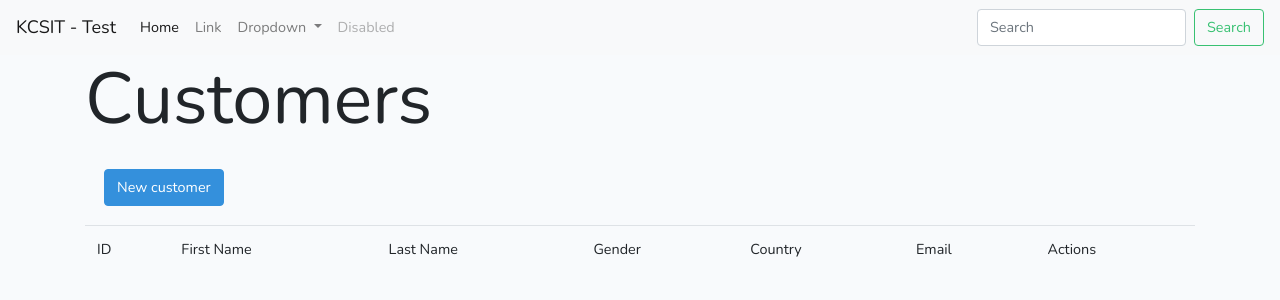
Repository: GilmarBrito/kcsit
Page: http://localhost/customers
An editor plug-in stored every save of this project. The page is shown before and after the next save, followed by the edit.
The browser window is 1280 px wide. The pictures show the whole page.
The page is served by the project's Laravel application, run on PHP 8.4 with Laravel 8. Other server files are loaded and not shown. Style sheets and scripts are compiled from the project's sources, by tool versions that may differ from the author's. Queries for data that is not in the repository find no rows.

Above is the page before, as saved 2020-03-08 15:12:43.

### routes/web.php
<?php

use Illuminate\Support\Facades\Route;

/*
|--------------------------------------------------------------------------
| Web Routes
|--------------------------------------------------------------------------
|
| Here is where you can register web routes for your application. These
| routes are loaded by the RouteServiceProvider within a group which
| contains the "web" middleware group. Now create something great!
|
*/

Route::get('/', function () {
    return view('welcome');
});

Route::resource('customers', 'CustomerController');

### app/Http/Controllers/CustomerController.php
<?php

namespace App\Http\Controllers;

use Illuminate\Http\Request;
use App\Customer;

class CustomerController extends Controller
{
    /**
     * Display a listing of the resource.
     *
     * @return \Illuminate\Http\Response
     */
    public function index()
    {
        $customers = Customer::all();

        return view('customers.index', compact('customers'));
    }

    /**
     * Show the form for creating a new resource.
     *
     * @return \Illuminate\Http\Response
     */
    public function create()
    {
        return view('customers.create');
    }

    /**
     * Store a newly created resource in storage.
     *
     * @param  \Illuminate\Http\Request  $request
     * @return \Illuminate\Http\Response
     */
    public function store(Request $request)
    {
        $request->validate([
            'first_name' => 'required',
            'last_name' => 'required',
            'gender' => 'required',
            'country' => 'required',
            'email' => 'required'
        ]);

        $customer = new Customer([
            'first_name' => $request->get('first_name'),
            'last_name' => $request->get('last_name'),
            'gender' => $request->get('gender'),
            'country' => $request->get('country'),
            'email' => $request->get('email')
        ]);

        $customer->save();
        return redirect('/customers')->with('success', 'Customer saved!');
    }

    /**
     * Display the specified resource.
     *
     * @param  int  $id
     * @return \Illuminate\Http\Response
     */
    public function show($id)
    {
        //
    }

    /**
     * Show the form for editing the specified resource.
     *
     * @param  int  $id
     * @return \Illuminate\Http\Response
     */
    public function edit($id)
    {
        $customer = Customer::find($id);
        return view('customers.edit', compact('customer'));
    }

    /**
     * Update the specified resource in storage.
     *
     * @param  \Illuminate\Http\Request  $request
     * @param  int  $id
     * @return \Illuminate\Http\Response
     */
    public function update(Request $request, $id)
    {
        $request->validate([
            'first_name' => 'required',
            'last_name' => 'required',
            'gender' => 'required',
            'country' => 'required',
            'email' => 'required'
        ]);

        $customer = Customer::find($id);
        $customer->first_name =  $request->get('first_name');
        $customer->last_name = $request->get('last_name');
        $customer->gender = $request->get('gender');
        $customer->country = $request->get('country');
        $customer->email = $request->get('email');
        $customer->save();

        return redirect('/customers')->with('success', 'Customer updated!');
    }

    /**
     * Remove the specified resource from storage.
     *
     * @param  int  $id
     * @return \Illuminate\Http\Response
     */
    public function destroy($id)
    {
        $customer = Customer::find($id);
        $customer->delete();

        return redirect('/customers')->with('success', 'Customer deleted!');
    }
}

### app/Customer.php
<?php

namespace App;

use Illuminate\Database\Eloquent\Model;

class Customer extends Model
{
    protected $fillable = [
        'first_name',
        'last_name',
        'gender',
        'country',
        'email'
    ];
}

### resources/views/customers/index.blade.php
@extends('base')

@section('main')
<div class="row">
    <div class="col-sm-12">

    @if(session()->get('success'))
    <div class="alert alert-success">
        {{ session()->get('success') }}
    </div>
    @endif
    </div>
    <div class="col-sm-12">
        <h1 class="display-3">Customers</h1>
        <div>
            <a style="margin: 19px;" href="{{ route('customers.create')}}" class="btn btn-primary">New customer</a>
        </div>
        <table class="table table-striped">
            <thead>
                <tr>
                    <td>ID</td>
                    <td>First Name</td>
                    <td>Last Name</td>
                    <td>Gender</td>
                    <td>Country</td>
                    <td>Email</td>
                    <td colspan = 2>Actions</td>
                </tr>
            </thead>
            <tbody>
                @foreach($customers as $customer)
                <tr>
                    <td>{{$customer->id}}</td>
                    <td>{{$customer->first_name}}</td>
                    <td>{{$customer->last_name}}</td>
                    <td>{{$customer->gender}}</td>
                    <td>{{$customer->country}}</td>
                    <td>{{$customer->email}}</td>
                    <td>
                        <a href="{{ route('customers.edit',$customer->id)}}" class="btn btn-primary">Edit</a>
                    </td>
                    <td>
                        <form action="{{ route('customers.destroy', $customer->id)}}" method="post">
                            @csrf
                            @method('DELETE')
                            <button class="btn btn-danger" type="submit">Delete</button>
                        </form>
                    </td>
                </tr>
                @endforeach
            </tbody>
        </table>
    </div>
</div>
@endsection

### resources/views/base.blade.php
<!DOCTYPE html>
<html lang="en">
<head>
    <meta name="viewport" content="width=device-width, initial-scale=1.0">
    <title>KCSIT - Clever Full Stack Developer Test Task</title>
    <!-- Styles -->
    <link href="{{ asset('css/app.css') }}" rel="stylesheet">
</head>
<body>
<nav class="navbar navbar-expand-lg navbar-light bg-light">
  <a class="navbar-brand" href="#">{{ config('app.name') }}</a>
  <button class="navbar-toggler" type="button" data-toggle="collapse" data-target="#navbarSupportedContent" aria-controls="navbarSupportedContent" aria-expanded="false" aria-label="Toggle navigation">
    <span class="navbar-toggler-icon"></span>
  </button>

  <div class="collapse navbar-collapse" id="navbarSupportedContent">
    <ul class="navbar-nav mr-auto">
      <li class="nav-item active">
        <a class="nav-link" href="#">Home <span class="sr-only">(current)</span></a>
      </li>
      <li class="nav-item">
        <a class="nav-link" href="#">Link</a>
      </li>
      <li class="nav-item dropdown">
        <a class="nav-link dropdown-toggle" href="#" id="navbarDropdown" role="button" data-toggle="dropdown" aria-haspopup="true" aria-expanded="false">
          Dropdown
        </a>
        <div class="dropdown-menu" aria-labelledby="navbarDropdown">
          <a class="dropdown-item" href="#">Action</a>
          <a class="dropdown-item" href="#">Another action</a>
          <div class="dropdown-divider"></div>
          <a class="dropdown-item" href="#">Something else here</a>
        </div>
      </li>
      <li class="nav-item">
        <a class="nav-link disabled" href="#">Disabled</a>
      </li>
    </ul>
    <form class="form-inline my-2 my-lg-0">
      <input class="form-control mr-sm-2" type="search" placeholder="Search" aria-label="Search">
      <button class="btn btn-outline-success my-2 my-sm-0" type="submit">Search</button>
    </form>
  </div>
</nav>
    <div class="container">
        @yield('main')
    </div>
    <!-- Scripts -->
    <script src="{{ asset('js/app.js') }}" defer></script>

</body>
</html>

Loaded but not shown: app/Http/Controllers/Controller.php (common file); resources/sass/app.scss (common file); resources/sass/_variables.scss (common file)

After the next save:
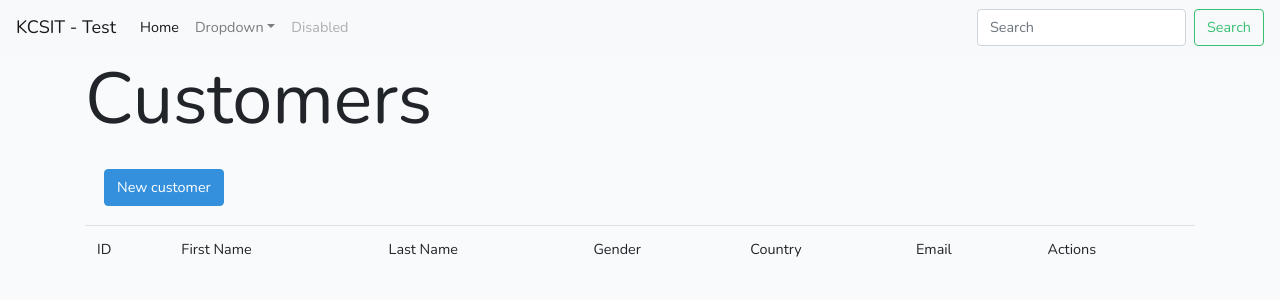
Saved 3 min 0 s later.
--- a/resources/views/base.blade.php
+++ b/resources/views/base.blade.php
@@ -7,41 +7,36 @@
     <link href="{{ asset('css/app.css') }}" rel="stylesheet">
 </head>
 <body>
-<nav class="navbar navbar-expand-lg navbar-light bg-light">
-  <a class="navbar-brand" href="#">{{ config('app.name') }}</a>
-  <button class="navbar-toggler" type="button" data-toggle="collapse" data-target="#navbarSupportedContent" aria-controls="navbarSupportedContent" aria-expanded="false" aria-label="Toggle navigation">
-    <span class="navbar-toggler-icon"></span>
-  </button>
+    <nav class="navbar navbar-expand-lg navbar-light bg-light">
+        <a class="navbar-brand" href="#">{{ config('app.name') }}</a>
+        <button class="navbar-toggler" type="button" data-toggle="collapse" data-target="#navbarSupportedContent" aria-controls="navbarSupportedContent" aria-expanded="false" aria-label="Toggle navigation">
+            <span class="navbar-toggler-icon"></span>
+        </button>
 
-  <div class="collapse navbar-collapse" id="navbarSupportedContent">
-    <ul class="navbar-nav mr-auto">
-      <li class="nav-item active">
-        <a class="nav-link" href="#">Home <span class="sr-only">(current)</span></a>
-      </li>
-      <li class="nav-item">
-        <a class="nav-link" href="#">Link</a>
-      </li>
-      <li class="nav-item dropdown">
-        <a class="nav-link dropdown-toggle" href="#" id="navbarDropdown" role="button" data-toggle="dropdown" aria-haspopup="true" aria-expanded="false">
-          Dropdown
-        </a>
-        <div class="dropdown-menu" aria-labelledby="navbarDropdown">
-          <a class="dropdown-item" href="#">Action</a>
-          <a class="dropdown-item" href="#">Another action</a>
-          <div class="dropdown-divider"></div>
-          <a class="dropdown-item" href="#">Something else here</a>
+        <div class="collapse navbar-collapse" id="navbarSupportedContent">
+            <ul class="navbar-nav mr-auto">
+                <li class="nav-item active">
+                    <a class="nav-link" href="#">Home <span class="sr-only">(current)</span></a>
+                </li>
+                <li class="nav-item dropdown">
+                    <a class="nav-link dropdown-toggle" href="#" id="navbarDropdown" role="button" data-toggle="dropdown" aria-haspopup="true" aria-expanded="false">Dropdown</a>
+                    <div class="dropdown-menu" aria-labelledby="navbarDropdown">
+                        <a class="dropdown-item" href="#">Action</a>
+                        <a class="dropdown-item" href="#">Another action</a>
+                        <div class="dropdown-divider"></div>
+                        <a class="dropdown-item" href="#">Something else here</a>
+                    </div>
+                </li>
+                <li class="nav-item">
+                    <a class="nav-link disabled" href="#">Disabled</a>
+                </li>
+            </ul>
+            <form class="form-inline my-2 my-lg-0">
+                <input class="form-control mr-sm-2" type="search" placeholder="Search" aria-label="Search">
+                <button class="btn btn-outline-success my-2 my-sm-0" type="submit">Search</button>
+            </form>
         </div>
-      </li>
-      <li class="nav-item">
-        <a class="nav-link disabled" href="#">Disabled</a>
-      </li>
-    </ul>
-    <form class="form-inline my-2 my-lg-0">
-      <input class="form-control mr-sm-2" type="search" placeholder="Search" aria-label="Search">
-      <button class="btn btn-outline-success my-2 my-sm-0" type="submit">Search</button>
-    </form>
-  </div>
-</nav>
+    </nav>
     <div class="container">
         @yield('main')
     </div>
